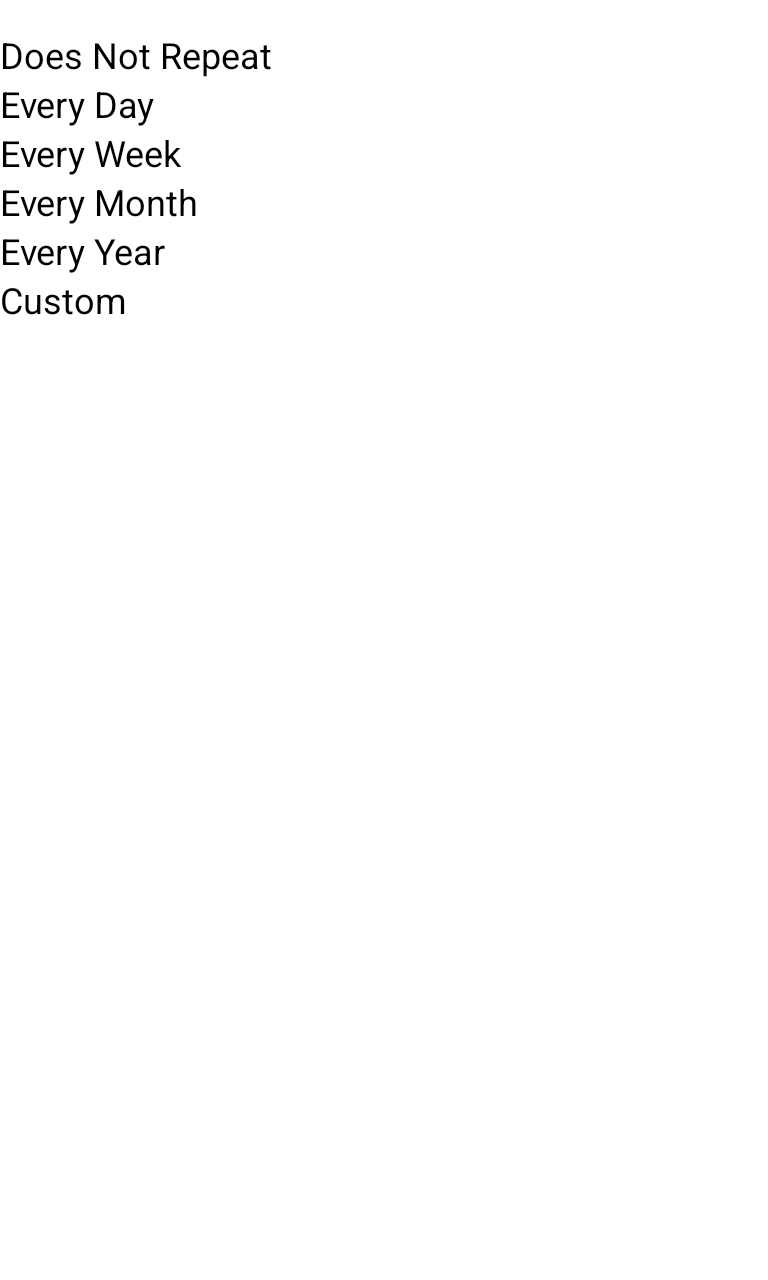
Repository: born2behappy18/meetingMiliue
Layout: MeetingMileu/res/layout/custondialog.xml
An editor plug-in stored every save of this project. The layout is shown before and after the next save, followed by the edit.
It is drawn on a 768 x 1280 px phone screen (xhdpi) without system bars, with theme AppTheme; the app's code is not run.

Above is the layout before, as saved 2015-10-13 08:50:31.

After the next save:
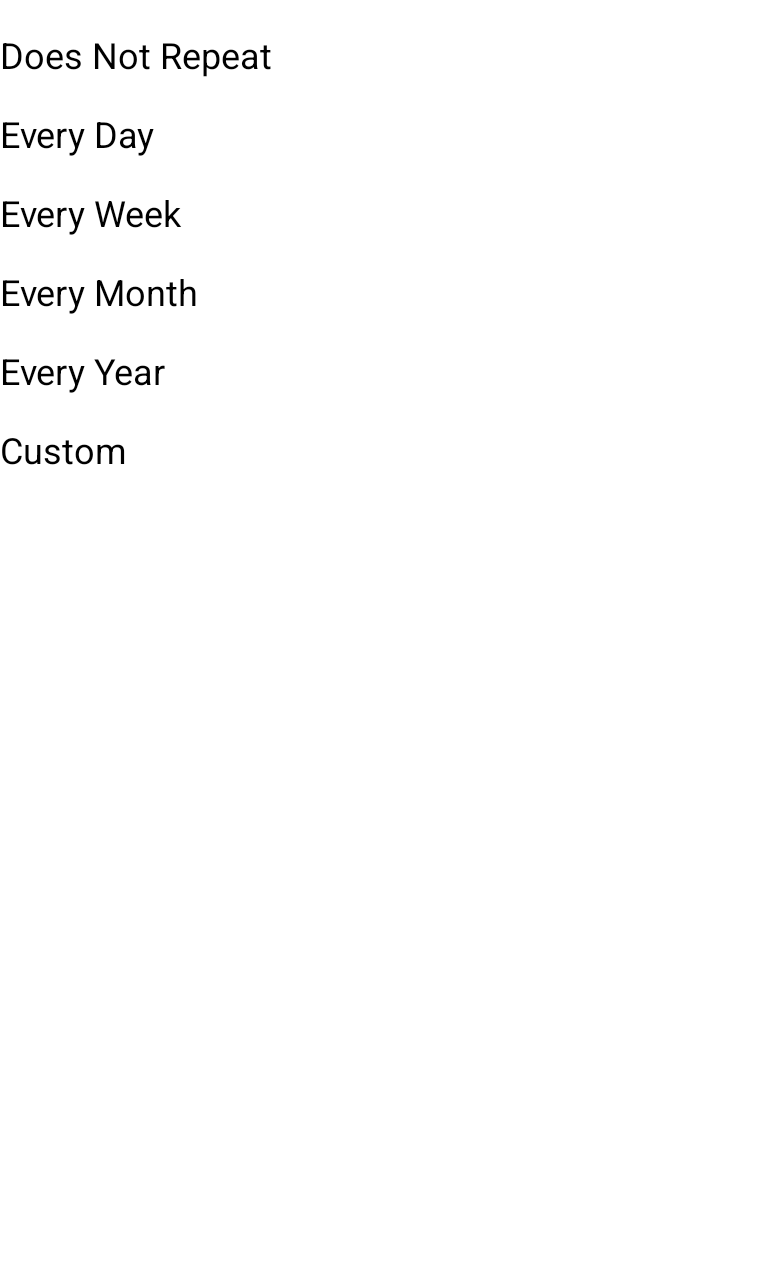
Saved 18 s later.
--- a/MeetingMileu/res/layout/custondialog.xml
+++ b/MeetingMileu/res/layout/custondialog.xml
@@ -18,6 +18,7 @@
         android:layout_width="wrap_content"
         android:layout_height="wrap_content"
         android:text="Every Day"
+        android:layout_marginTop="15dp"
         android:textAppearance="?android:attr/textAppearanceMedium" />
 
     <TextView
@@ -25,6 +26,7 @@
         android:layout_width="wrap_content"
         android:layout_height="wrap_content"
         android:text="Every Week"
+        android:layout_marginTop="15dp"
         android:textAppearance="?android:attr/textAppearanceMedium" />
 
     <TextView
@@ -32,6 +34,7 @@
         android:layout_width="wrap_content"
         android:layout_height="wrap_content"
         android:text="Every Month"
+        android:layout_marginTop="15dp"
         android:textAppearance="?android:attr/textAppearanceMedium" />
 
     <TextView
@@ -39,6 +42,7 @@
         android:layout_width="wrap_content"
         android:layout_height="wrap_content"
         android:text="Every Year"
+        android:layout_marginTop="15dp"
         android:textAppearance="?android:attr/textAppearanceMedium" />
 
     <TextView
@@ -46,6 +50,7 @@
         android:layout_width="wrap_content"
         android:layout_height="wrap_content"
         android:text="Custom"
+        android:layout_marginTop="15dp"
         android:textAppearance="?android:attr/textAppearanceMedium" />
 
 </LinearLayout>
